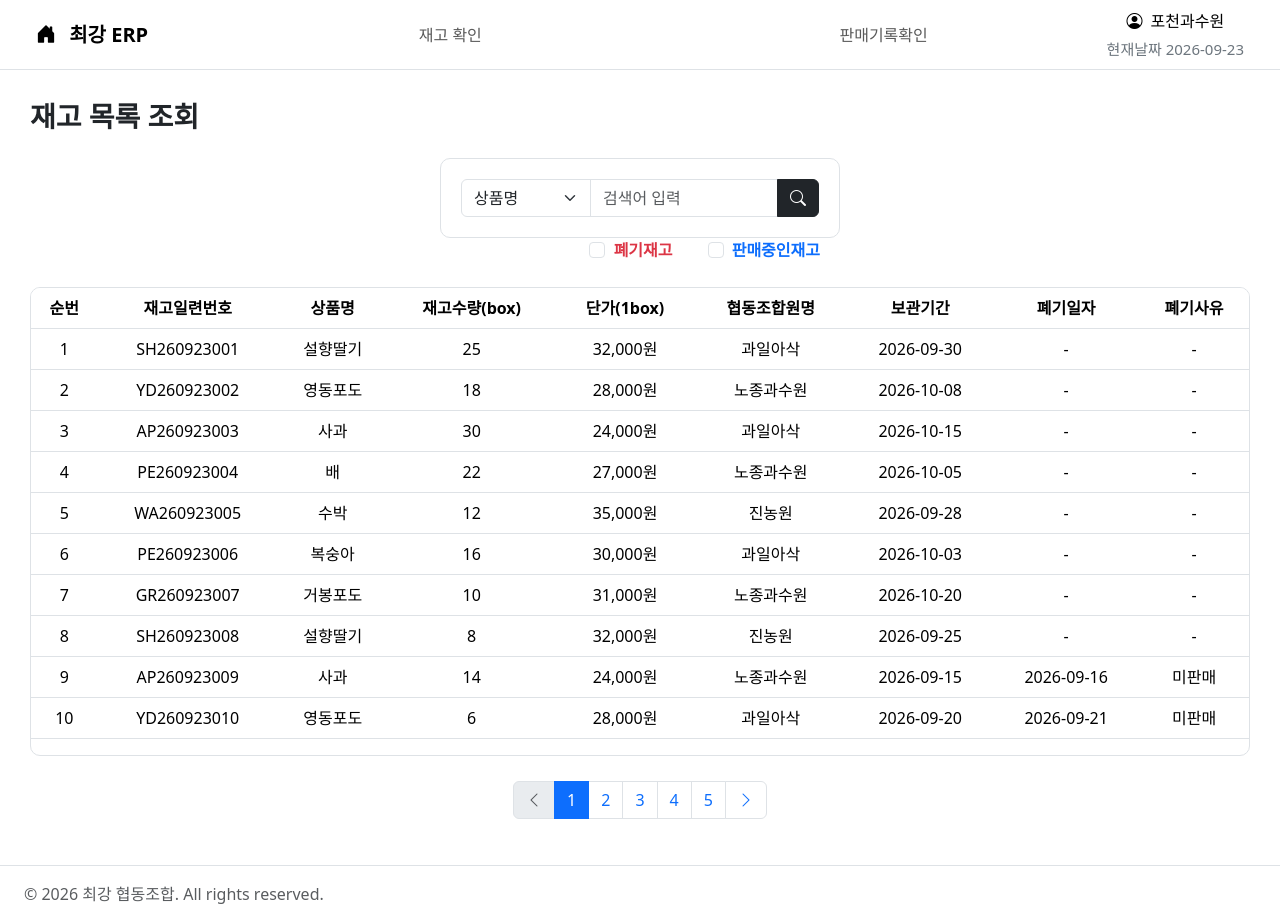
Repository: nojong99/kosta
Page: http://localhost/32_MVCModel2/view/memberInventoryList.jsp
The author's editor kept a copy of each file at every save. The page is drawn from the files as they stood at one save, then again after a run of saves.
The browser window is 1280 px wide. The pictures show the whole page.
The page is served by Tomcat 9. Other server files are loaded and not shown.

Above is the page before, as saved 2026-09-23 07:31:05.

### 32_MVCModel2/src/main/webapp/view/memberInventoryList.jsp
<%@ page language="java" contentType="text/html; charset=UTF-8"
    pageEncoding="UTF-8"%>
<!DOCTYPE html>
<html>
<head>
<meta charset="UTF-8">
<title>재고 목록 조회</title>

<link
	href="https://cdn.jsdelivr.net/npm/bootstrap@5.3.8/dist/css/bootstrap.min.css"
	rel="stylesheet">

<link rel="stylesheet"
	href="https://cdn.jsdelivr.net/npm/bootstrap-icons@1.13.1/font/bootstrap-icons.min.css">


<link rel="stylesheet" href="css/inventoryList.css">
</head>

<body>

	<%@ include file="memberHeader.jsp"%>


	<main class="inventory-page">

		<!-- 제목 -->
		<div class="mb-4">
			<h3 class="fw-bold mb-1">재고 목록 조회</h3>
		</div>


		<!-- 검색 영역 -->
		<div class="d-flex justify-content-center align-items-center">

			<div class="search-area">

				<div class="search-box">

					<div class="input-group">

						<!-- 검색 조건 -->
						<select class="form-select" style="max-width: 130px;">
							<option value="product">상품명</option>
						</select>

						<!-- 검색어 -->
						<input type="text" class="form-control" placeholder="검색어 입력">

						<!-- 검색 버튼 -->
						<button class="btn btn-dark">
							<i class="bi bi-search"></i>
						</button>

					</div>

				</div>


				<!-- 재고 상태 -->
				<div class="stock-status fw-bold">

					<label class="text-danger"> <input type="checkbox"
						class="form-check-input me-1" id="disposed"> 폐기재고
					</label> <label class="text-primary"> <input type="checkbox"
						class="form-check-input me-1" id="selling"> 판매중인재고
					</label>

				</div>

			</div>

		</div>


		<!-- 재고 목록 나중에 db에서 불러오는 값 넣을겁니다~ -->
		<div class="inventory-table-area">

			<table class="table table-hover inventory-table">

				<thead>

					<tr>
						<th>순번</th>
						<th>재고일련번호</th>
						<th>상품명</th>
						<th>재고수량(box)</th>
						<th>단가(1box)</th>
						<th>협동조합원명</th>
						<th>보관기간</th>
						<th>폐기일자</th>
						<th>폐기사유</th>
					</tr>

				</thead>

				<tbody>

					<tr>
						<td>1</td>
						<td>SH260923001</td>
						<td>설향딸기</td>
						<td>25</td>
						<td>32,000원</td>
						<td>과일아삭</td>
						<td>2026-09-30</td>
						<td>-</td>
						<td>-</td>
					</tr>

					<tr>
						<td>2</td>
						<td>YD260923002</td>
						<td>영동포도</td>
						<td>18</td>
						<td>28,000원</td>
						<td>노종과수원</td>
						<td>2026-10-08</td>
						<td>-</td>
						<td>-</td>
					</tr>

					<tr>
						<td>3</td>
						<td>AP260923003</td>
						<td>사과</td>
						<td>30</td>
						<td>24,000원</td>
						<td>과일아삭</td>
						<td>2026-10-15</td>
						<td>-</td>
						<td>-</td>
					</tr>

					<tr>
						<td>4</td>
						<td>PE260923004</td>
						<td>배</td>
						<td>22</td>
						<td>27,000원</td>
						<td>노종과수원</td>
						<td>2026-10-05</td>
						<td>-</td>
						<td>-</td>
					</tr>

					<tr>
						<td>5</td>
						<td>WA260923005</td>
						<td>수박</td>
						<td>12</td>
						<td>35,000원</td>
						<td>진농원</td>
						<td>2026-09-28</td>
						<td>-</td>
						<td>-</td>
					</tr>

					<tr>
						<td>6</td>
						<td>PE260923006</td>
						<td>복숭아</td>
						<td>16</td>
						<td>30,000원</td>
						<td>과일아삭</td>
						<td>2026-10-03</td>
						<td>-</td>
						<td>-</td>
					</tr>

					<tr>
						<td>7</td>
						<td>GR260923007</td>
						<td>거봉포도</td>
						<td>10</td>
						<td>31,000원</td>
						<td>노종과수원</td>
						<td>2026-10-20</td>
						<td>-</td>
						<td>-</td>
					</tr>

					<tr>
						<td>8</td>
						<td>SH260923008</td>
						<td>설향딸기</td>
						<td>8</td>
						<td>32,000원</td>
						<td>진농원</td>
						<td>2026-09-25</td>
						<td>-</td>
						<td>-</td>
					</tr>

					<tr>
						<td>9</td>
						<td>AP260923009</td>
						<td>사과</td>
						<td>14</td>
						<td>24,000원</td>
						<td>노종과수원</td>
						<td>2026-09-15</td>
						<td>2026-09-16</td>
						<td>미판매</td>
					</tr>

					<tr>
						<td>10</td>
						<td>YD260923010</td>
						<td>영동포도</td>
						<td>6</td>
						<td>28,000원</td>
						<td>과일아삭</td>
						<td>2026-09-20</td>
						<td>2026-09-21</td>
						<td>미판매</td>
					</tr>

				</tbody>

			</table>

		</div>


		<!-- 페이지네이션 -->
		<div class="pagination-area">

			<nav>
				<ul class="pagination">

					<li class="page-item disabled"><a class="page-link" href="#">
							<i class="bi bi-chevron-left"></i>
					</a></li>

					<li class="page-item active"><a class="page-link" href="#">1</a>
					</li>

					<li class="page-item"><a class="page-link" href="#">2</a></li>

					<li class="page-item"><a class="page-link" href="#">3</a></li>

					<li class="page-item"><a class="page-link" href="#">4</a></li>

					<li class="page-item"><a class="page-link" href="#">5</a></li>

					<li class="page-item"><a class="page-link" href="#"> <i
							class="bi bi-chevron-right"></i>
					</a></li>

				</ul>
			</nav>

		</div>

	</main>
	<%@ include file="footer.jsp" %>
</body>
</html>

### 32_MVCModel2/src/main/webapp/view/memberHeader.jsp
<%@ page language="java" contentType="text/html; charset=UTF-8" pageEncoding="UTF-8"%>
<!DOCTYPE html>
<html>
<head>
<meta charset="UTF-8">
<meta name="viewport" content="width=device-width, initial-scale=1">

<title>최강 ERP</title>

<link
	href="https://cdn.jsdelivr.net/npm/bootstrap@5.3.8/dist/css/bootstrap.min.css"
	rel="stylesheet">
<link rel="stylesheet"
	href="https://cdn.jsdelivr.net/npm/bootstrap-icons@1.13.1/font/bootstrap-icons.min.css">
<link rel="stylesheet" href="css/header.css">

</head>
<body>
	<header>
		<nav class="navbar navbar-expand-lg bg-white border-bottom px-4">

			<div class="container-fluid">
				<a class="navbar-brand fw-bold me-4" href="index.jsp"> <i
					class="bi bi-house-door-fill me-2"></i> 최강 ERP
				</a>
				<ul class="navbar-nav flex-grow-1 mb-2 mb-lg-0">

					<li class="nav-item dropdown flex-fill text-center"><a
						class="nav-link dropdown-toggle" href="#" role="button"
						data-bs-toggle="dropdown"> 재고 확인</a>

						<ul class="dropdown-menu">

							<li><a class="dropdown-item" href="#"> </a></li>

						</ul></li>

					<li class="nav-item dropdown flex-fill text-center"><a
						class="nav-link dropdown-toggle" href="#" role="button"
						data-bs-toggle="dropdown"> 판매기록확인 </a>
						<ul class="dropdown-menu">

							<li><a class="dropdown-item" href="#"> </a></li>

						</ul></li>



				</ul>
				<div class="header-right d-flex flex-column align-items-center gap-1">
					<div class="dropdown">
						<button class="dropdown-toggle border-0 bg-transparent"
							data-bs-toggle="dropdown">
							<i class="bi bi-person-circle me-1"></i> 포천과수원
						</button>

						<ul class="dropdown-menu dropdown-menu-end">
							<li><a class="dropdown-item" href="#">프로필</a></li>
							<li><a class="dropdown-item" href="#">설정</a></li>
							<li><hr class="dropdown-divider"></li>
							<li><a class="dropdown-item" href="#">로그아웃</a></li>
						</ul>
					</div>

					<div class="current-date">
						현재날짜 <span id="currentDate">2026-09-23</span>
					</div>
				</div>
			</div>

		</nav>
	</header>
</body>
</html>

### 32_MVCModel2/src/main/webapp/view/footer.jsp
<%@ page language="java" contentType="text/html; charset=UTF-8"
	pageEncoding="UTF-8"%>
<footer class="py-3 bg-white border-top">

	<div class="container-fluid px-4">

		<div class="d-flex justify-content-between">

			<span class="text-muted">© 2026 최강 협동조합. All rights reserved.</span>
		</div>

	</div>

</footer>

### 32_MVCModel2/src/main/webapp/css/inventoryList.css
@charset "UTF-8";

body {
	background-color: #f5f6f8;
}

.inventory-page {
	padding: 30px;
}

.search-area {
	width: 30%;
	min-width: 400px;
}

.search-box {
	background-color: white;
	border: 1px solid #dee2e6;
	border-radius: 10px;
	padding: 20px;
}

.current-date {
	font-size: 15px;
	color: #6c757d;
	font-weight: 500;
}

.stock-status {
	display: flex;
	justify-content: flex-end;
	gap: 15px;
}

.stock-status label {
	margin-right: 20px;
	cursor: pointer;
}

.inventory-table-area {
	margin-top: 25px;
	background-color: white;
	border-radius: 10px;
	overflow-x: auto;
	border: 1px solid #dee2e6;
}

.inventory-table {
	margin-bottom: 0;
	min-width: 1200px;
}

.inventory-table th {
	background-color: #f8f9fa;
	text-align: center;
	white-space: nowrap;
	vertical-align: middle;
}

.inventory-table td {
	text-align: center;
	vertical-align: middle;
	white-space: nowrap;
}

.disposed {
	color: #dc3545;
	font-weight: 600;
}

.selling {
	color: #198754;
	font-weight: 600;
}

.dropdown:hover >{
    display: block;
    top: 100%;
    left: 50%;
    transform: translateX(-50%);
    margin-top: 0;
}

.pagination-area {
	margin-top: 25px;
	display: flex;
	justify-content: center;
}

### 32_MVCModel2/src/main/webapp/css/header.css
@charset "UTF-8";

header {
  width: 100%;
}

.navbar {
  min-height: 70px;
}

.navbar-nav .dropdown {
  position: relative;
}

.navbar-nav .dropdown:hover > .dropdown-menu {
  display: block;
  top: 100%;
  left: 50%;
  transform: translateX(-50%);
  margin-top: 0;
}

header .dropdown-toggle::after {
  display: none;
}

.navbar-brand {
  min-width: 180px;
}

@media (max-width: 768px) {
  .navbar-brand {
    min-width: auto;
  }
}

After the next 3 saves:
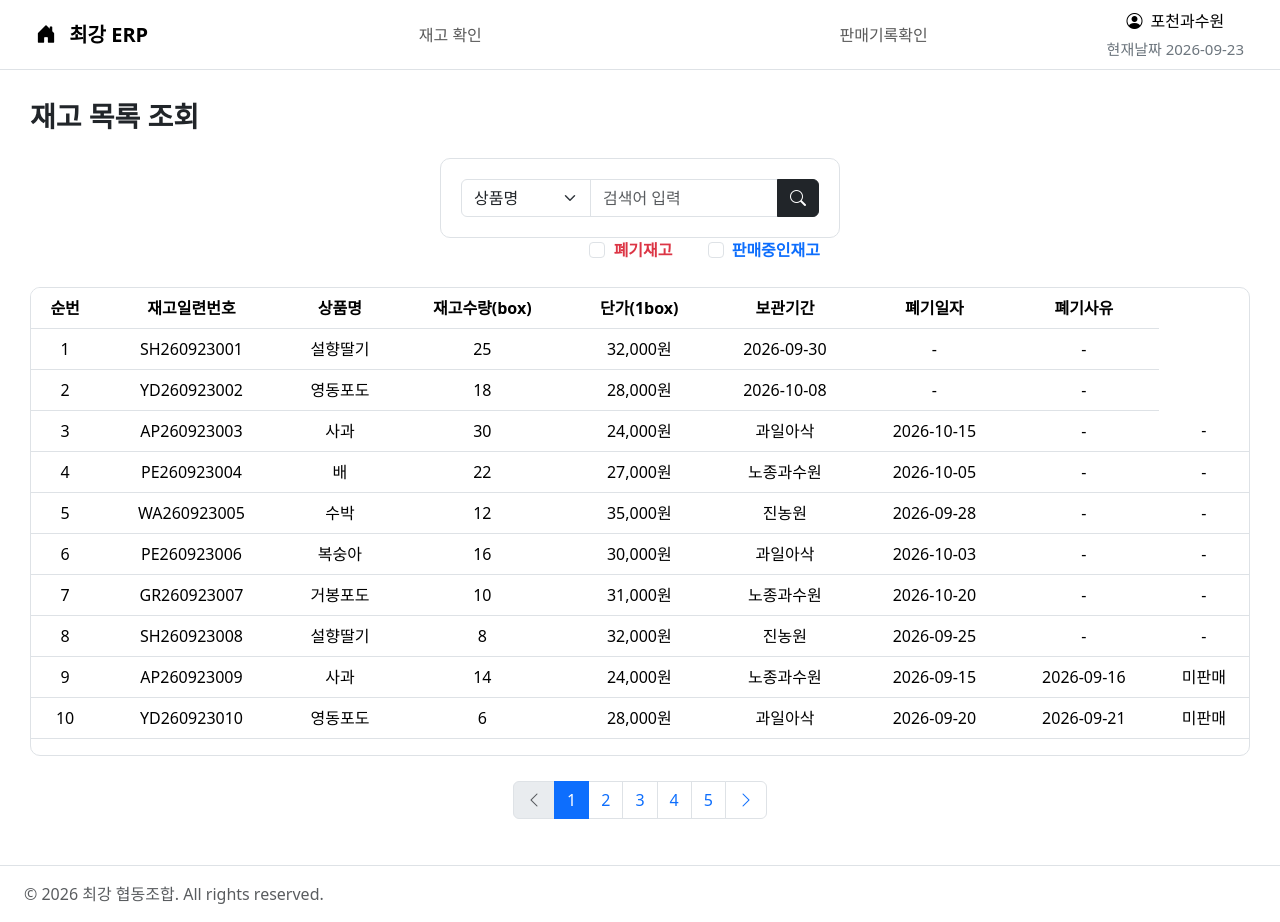
The 3 saves are shown as one change because they came seconds apart.
The last was saved 35 s later.
--- a/32_MVCModel2/src/main/webapp/view/memberInventoryList.jsp
+++ b/32_MVCModel2/src/main/webapp/view/memberInventoryList.jsp
@@ -86,7 +86,6 @@
 						<th>상품명</th>
 						<th>재고수량(box)</th>
 						<th>단가(1box)</th>
-						<th>협동조합원명</th>
 						<th>보관기간</th>
 						<th>폐기일자</th>
 						<th>폐기사유</th>
@@ -102,7 +101,6 @@
 						<td>설향딸기</td>
 						<td>25</td>
 						<td>32,000원</td>
-						<td>과일아삭</td>
 						<td>2026-09-30</td>
 						<td>-</td>
 						<td>-</td>
@@ -114,7 +112,6 @@
 						<td>영동포도</td>
 						<td>18</td>
 						<td>28,000원</td>
-						<td>노종과수원</td>
 						<td>2026-10-08</td>
 						<td>-</td>
 						<td>-</td>
